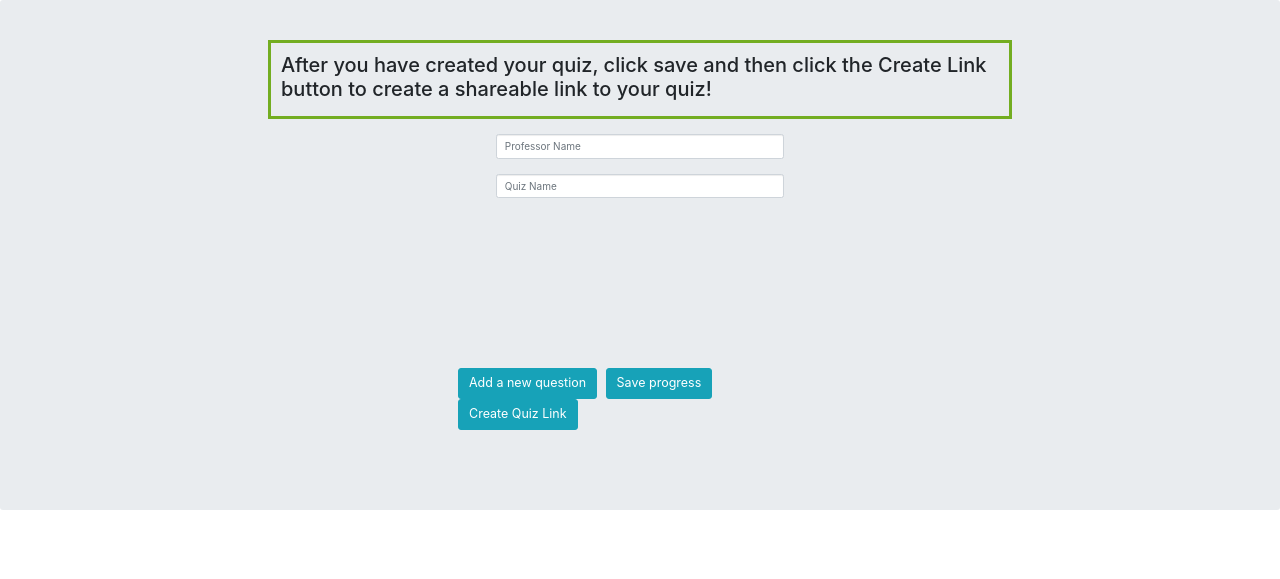
Repository: phillipdacosta/QuizemsNew
Page: /#/home
These files come from the project's save history. The page is drawn as it stood at one moment and after the next save; the edit follows.
The browser window is 1280 px wide. The pictures show the whole page.
Some web libraries are served in a nearby version. The project was rebuilt for these pictures with package versions that can differ from the ones it lists, and the page was loaded fresh each time. Also part of the build but not shown: angular.json, src/app/quiz/quiz.component.ts, src/app/about/about.component.ts, src/app/student/student.component.ts, src/app/questions/questions.component.ts, src/app/question-display/question-display.component.ts, src/app/timer/timer.component.ts.

Above is the page before, as saved 2019-06-30 17:41:57.

### src/index.html
<!doctype html>
<html>
<head>
  <meta charset="utf-8">
  <title>Angular Bootstrap Demo</title>
  <base href="/">
  <meta name="viewport" content="width=device-width, initial-scale=1">
  <link rel="icon" type="image/x-icon" href="favicon.ico">
  <link rel="stylesheet" href="https://maxcdn.bootstrapcdn.com/bootstrap/3.3.7/css/bootstrap.min.css" integrity="sha384-BVYiiSIFeK1dGmJRAkycuHAHRg32OmUcww7on3RYdg4Va+PmSTsz/K68vbdEjh4u" crossorigin="anonymous">
</head>
<body>
  <app-root>Loading...</app-root>
  <script src="https://code.jquery.com/jquery-3.1.1.min.js" integrity="sha256-hVVnYaiADRTO2PzUGmuLJr8BLUSjGIZsDYGmIJLv2b8=" crossorigin="anonymous"></script>
  <script src="https://maxcdn.bootstrapcdn.com/bootstrap/3.3.7/js/bootstrap.min.js" integrity="sha384-Tc5IQib027qvyjSMfHjOMaLkfuWVxZxUPnCJA7l2mCWNIpG9mGCD8wGNIcPD7Txa" crossorigin="anonymous"></script>
</body>
</html>

### src/app/app-routing.module.ts
import { NgModule } from '@angular/core';
import { Routes, RouterModule } from '@angular/router';
import { ProfessorComponent } from './professor/professor.component';
import { QuestionsComponent } from './questions/questions.component';
import { QuizComponent } from './quiz/quiz.component';
import { AboutComponent } from './about/about.component';

const routes: Routes = [

  {
    path: '',
    component: AboutComponent,

 } ,

  {
    path: 'home',
    component: ProfessorComponent,

 } ,


 {
  path: 'quiz',
  component: QuizComponent

}

];

@NgModule({
  imports: [RouterModule.forRoot(routes), RouterModule.forRoot(routes,{useHash:true})],
  exports: [RouterModule]
})
export class AppRoutingModule { }

### src/app/app.component.ts
import { Component } from '@angular/core';

@Component({
  selector: 'app-root',
  templateUrl: './app.component.html',
  styleUrls: ['./app.component.css']
})
export class AppComponent {
  title = 'quizems';
}

### src/app/professor/professor.component.ts
import { Component, OnInit } from '@angular/core';
import { DataService } from '../data.service';
import { Question } from '../question.model';

@Component({
  selector: 'app-professor',
  templateUrl: './professor.component.html',
  styleUrls: ['./professor.component.css']
})
export class ProfessorComponent implements OnInit {


  question : any;
  link : any
  flag : boolean = false;

  constructor(private data : DataService) { }


  ngOnInit() {


  }



  populateQuiz(){

    this.data.saveData('questions');
    this.flag = true;

  }

  loadQuiz(){
    this.data.loadData('questions');
  }

  newQuestion(){

    let question = new Question();
    this.data.questionslist.push(question)
    console.log(this.data.questionslist)
    this.flag = false;
  }

  createLink(){

    this.link = 'https://quizems-daf82.firebaseapp.com/#/quiz';
    //this.router.navigate(['/quiz']);


      }
  }

### src/app/professor/professor.component.html
<!DOCTYPE html>
<html lang="en">
<head>
  <title>Bootstrap Example</title>
  <meta charset="utf-8">
  <meta name="viewport" content="width=device-width, initial-scale=1">
  <link rel="stylesheet" href="https://maxcdn.bootstrapcdn.com/bootstrap/4.3.1/css/bootstrap.min.css">
  <script src="https://ajax.googleapis.com/ajax/libs/jquery/3.4.1/jquery.min.js"></script>
  <script src="https://cdnjs.cloudflare.com/ajax/libs/popper.js/1.14.7/umd/popper.min.js"></script>
  <script src="https://maxcdn.bootstrapcdn.com/bootstrap/4.3.1/js/bootstrap.min.js"></script>
</head>
<body>

<div class="container">


  <!-- The Modal -->
  <div class="modal" id="myModal">
    <div class="modal-dialog">
      <div class="modal-content">

        <!-- Modal Header -->
        <div class="modal-header">
          <h4 class="modal-title">Congrats!</h4>
          <button type="button" class="close" data-dismiss="modal">&times;</button>
        </div>

        <!-- Modal body -->
        <div class="modal-body">
        Your quiz has been created!
         <br>
         <br>
         Here is your shareable link: https://quizemsnew.firebaseapp.com/#/quiz
        </div>

        <!-- Modal footer -->
        <div class="modal-footer">
          <button type="button" class="btn btn-danger" data-dismiss="modal">Close</button>
        </div>

      </div>
    </div>
  </div>

</div>

</body>
</html>



<div class = "jumbotron">
    <div class = "heading">
        <h2>After you have created your quiz, click save and then click the Create Link button to create a shareable link to your quiz!</h2>
      </div>

      <br>


    <div class="row justify-content-center">

    <div class = "col-xs-3">

        <div class="form-group">



            <input type="text" class="form-control " id="exampleInputPassword1" placeholder="Professor Name">
            <br>

            <input type="text" class="form-control" id="exampleInputPassword1" placeholder="Quiz Name">

          </div>
          </div>
        </div>

  <br>
  <br>
   <br>
    <br>
     <br>

     <br>
     <br>
      <br>
       <br>
        <br>



<div class = "headingButtons">


      <button type="button" class="btn btn-info btn-lg" (click) = "newQuestion()">Add a new question</button>

&nbsp;


    <button type="button" class="btn btn-info btn-lg" (click) = "populateQuiz()">Save progress</button>




&nbsp;
  <!--  <button (click)="loadQuiz()">Load</button>-->
<button type="button" class="btn btn-info btn-lg" data-toggle="modal" data-target="#myModal" (click) = "createLink()">Create Quiz Link</button>

</div>
<br>
<br>


<div *ngFor = "let q of data.questionslist">
  <app-questions [questionModel]="q"></app-questions>
</div>

</div>

### src/app/professor/professor.component.css
.divider{
    width:5px;
    height:auto;
    display:inline-block;
}

.heading{

  margin: auto;
  width: 60%;
  border: 3px solid #73AD21;
  padding: 10px;
}

.headingButtons{

  margin: auto;
  width: 30vw;
  padding: 10px;


}

.inputgroup{

  text-align: center;

}

### src/app/data.service.ts
import { Injectable } from '@angular/core';
import {Model} from "src/app/question-answer.model";
import { Question } from './question.model';


@Injectable({
  providedIn: 'root'
})
export class DataService {


  professorQuestion : any;
  questionslist : Array <Question>;

  constructor() {

    this.questionslist= new Array<Question>();


    }

    arrayToJSON(array){
        return {"data": array};
    }

    saveData(key: string){
      const value = JSON.stringify(this.arrayToJSON(this.questionslist));
      localStorage.setItem(key, value);
      console.log(value)
    }

    loadData(key: string){
      this.questionslist = JSON.parse(localStorage.getItem(key))['data'];
      console.log(this.questionslist);
    }

  }

### src/app/question.model.ts
export class Question {

    question : any = '';
    answerOne : any = '';
    answerTwo : any = '';
    answerThree : any = '';
    answerFour : any = '';
    correctAnswer : any = '';

}

Loaded but not shown: src/styles.css (common file); src/main.ts (common file); src/app/app.module.ts (common file); src/environments/environment.ts (common file); src/app/app.component.html (common file); src/app/app.component.css (no stored copy; drawn as an empty file)

After the next save:
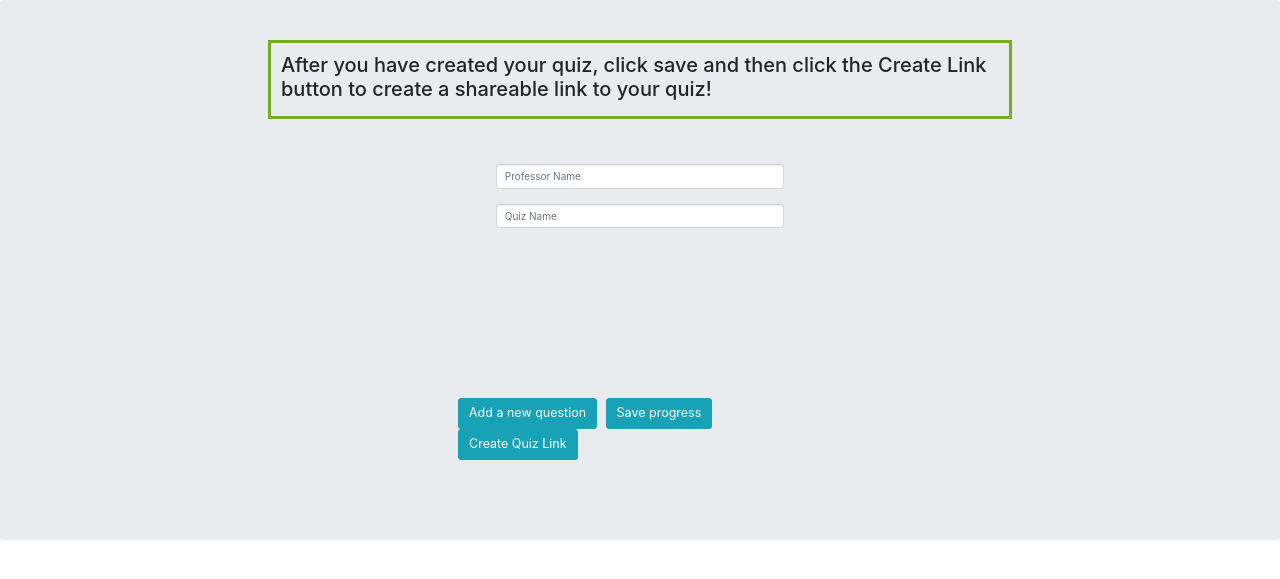
Saved 8 s later.
--- a/src/app/professor/professor.component.html
+++ b/src/app/professor/professor.component.html
@@ -54,6 +54,8 @@
         <h2>After you have created your quiz, click save and then click the Create Link button to create a shareable link to your quiz!</h2>
       </div>
 
+      <br>
+      <br>
       <br>
 
 
